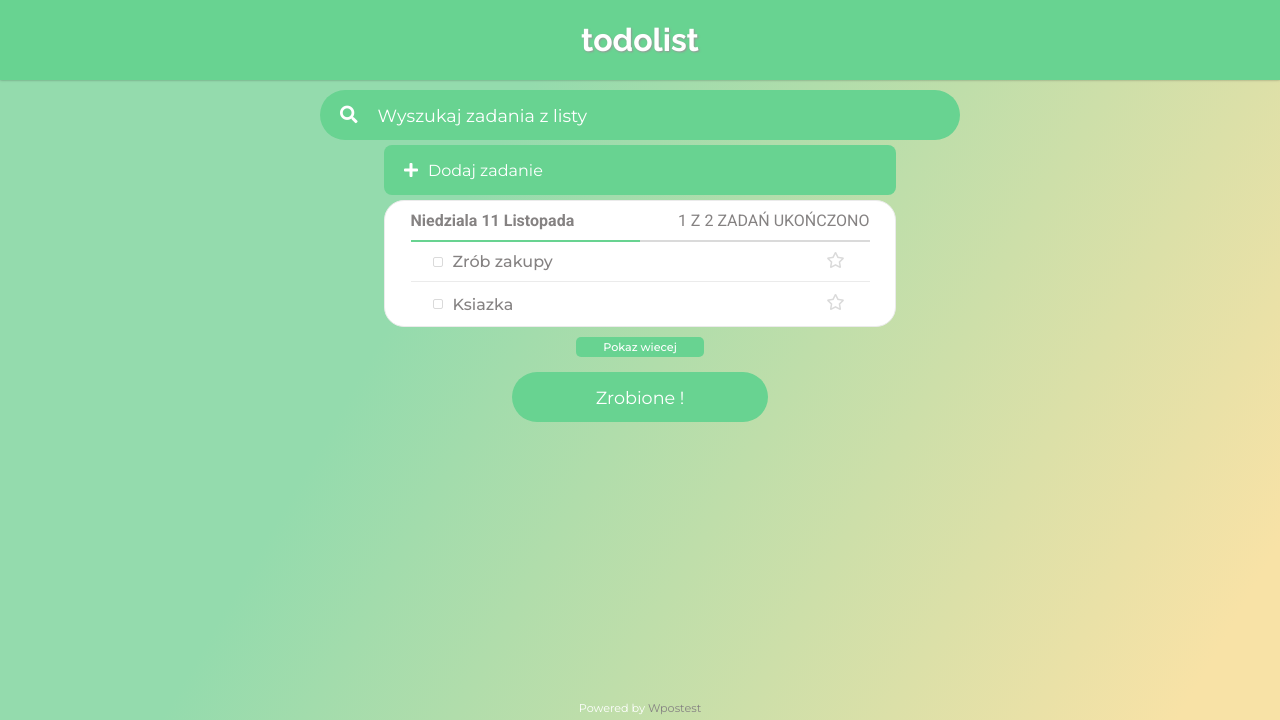
Repository: Wpostest/todolist
Page: src/index.html
The author's editor kept a copy of each file at every save. The page is drawn from the files as they stood at one save, then again after the next save.
The browser window is 1280 px wide. The pictures show the whole page.
Some web libraries are served in a nearby version. The style sheet was rebuilt from its Sass, Less or Tailwind sources for each picture, by a compiler version that may differ from the author's.

Above is the page before, as saved 2020-01-29 15:16:34.

After the next save:
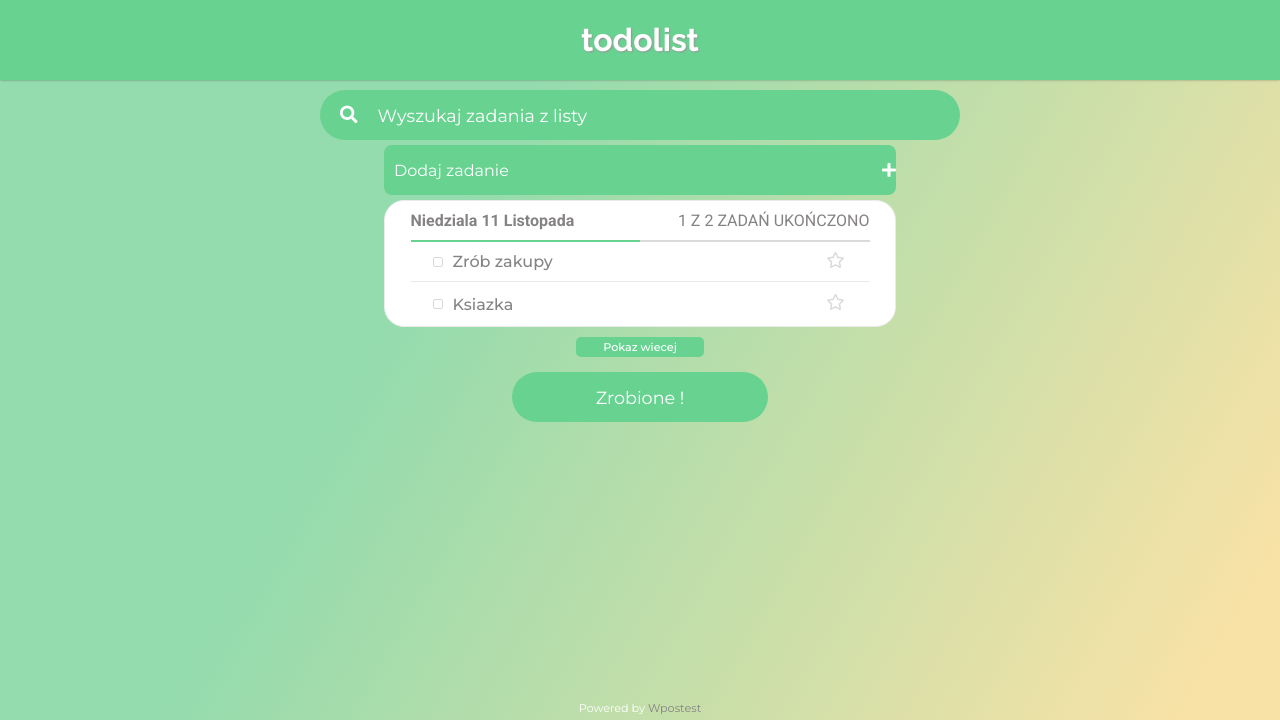
Saved 6 s later.
--- a/src/sass/todolist/todolist.scss
+++ b/src/sass/todolist/todolist.scss
@@ -79,7 +79,7 @@
     height: 50px;
     border-radius: 8px;
     display: flex;
-    flex-direction: row-reverse;
+    flex-direction: row;
     justify-content: flex-start;
     align-items: center;
     margin-bottom: 5px;

After the save that followed:
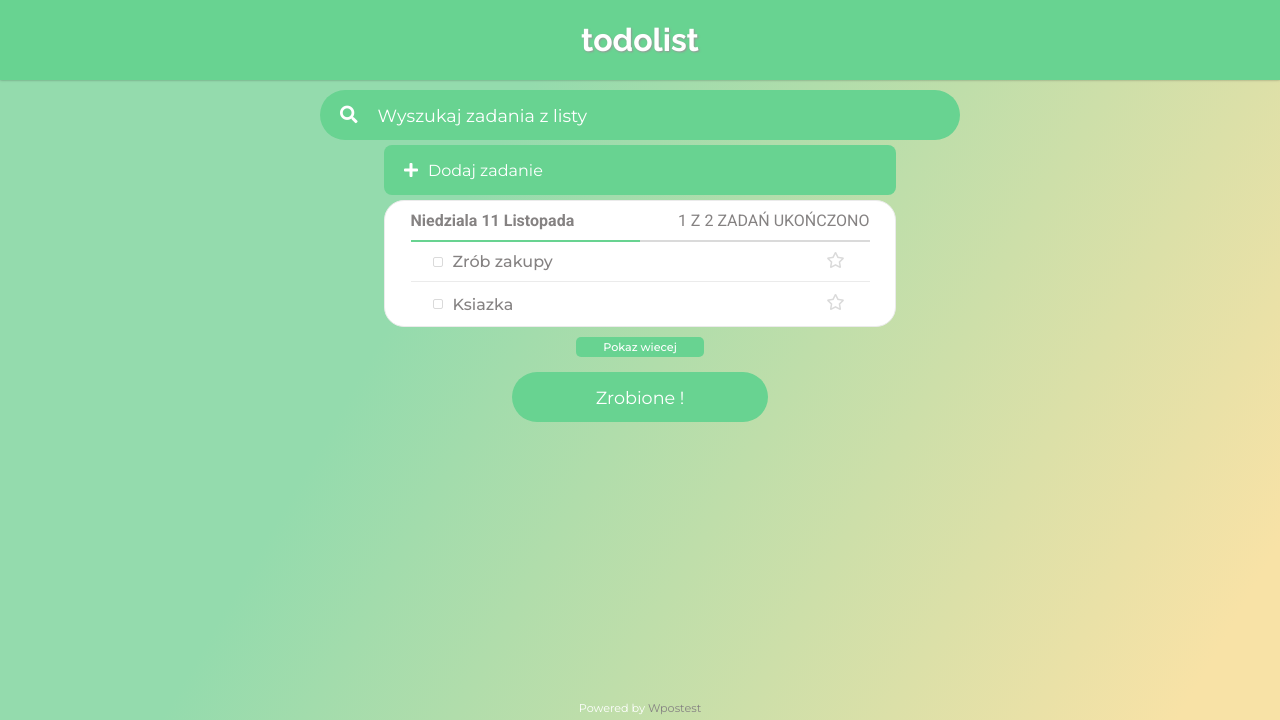
Saved 6 s later.
--- a/src/sass/todolist/todolist.scss
+++ b/src/sass/todolist/todolist.scss
@@ -79,7 +79,7 @@
     height: 50px;
     border-radius: 8px;
     display: flex;
-    flex-direction: row;
+    flex-direction: row-reverse;
     justify-content: flex-start;
     align-items: center;
     margin-bottom: 5px;
